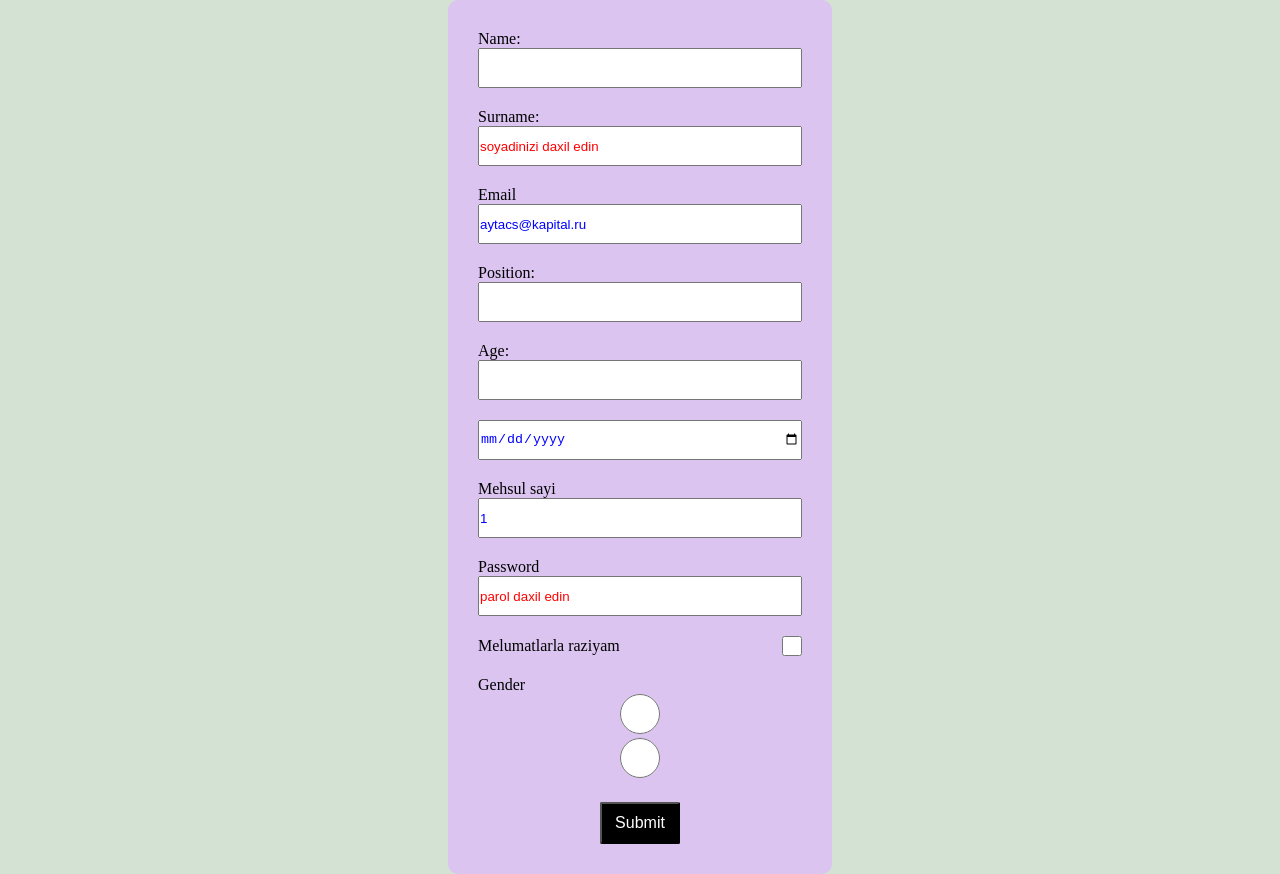
Repository: AytacSafarova/Form-lesson
Page: index.html
An editor plug-in stored every save of this project. The page is shown before and after a run of saves, followed by the edit.
The browser window is 1280 px wide. The pictures show the whole page.

Above is the page before, as saved 2023-08-29 14:54:55.

After the next 2 saves:
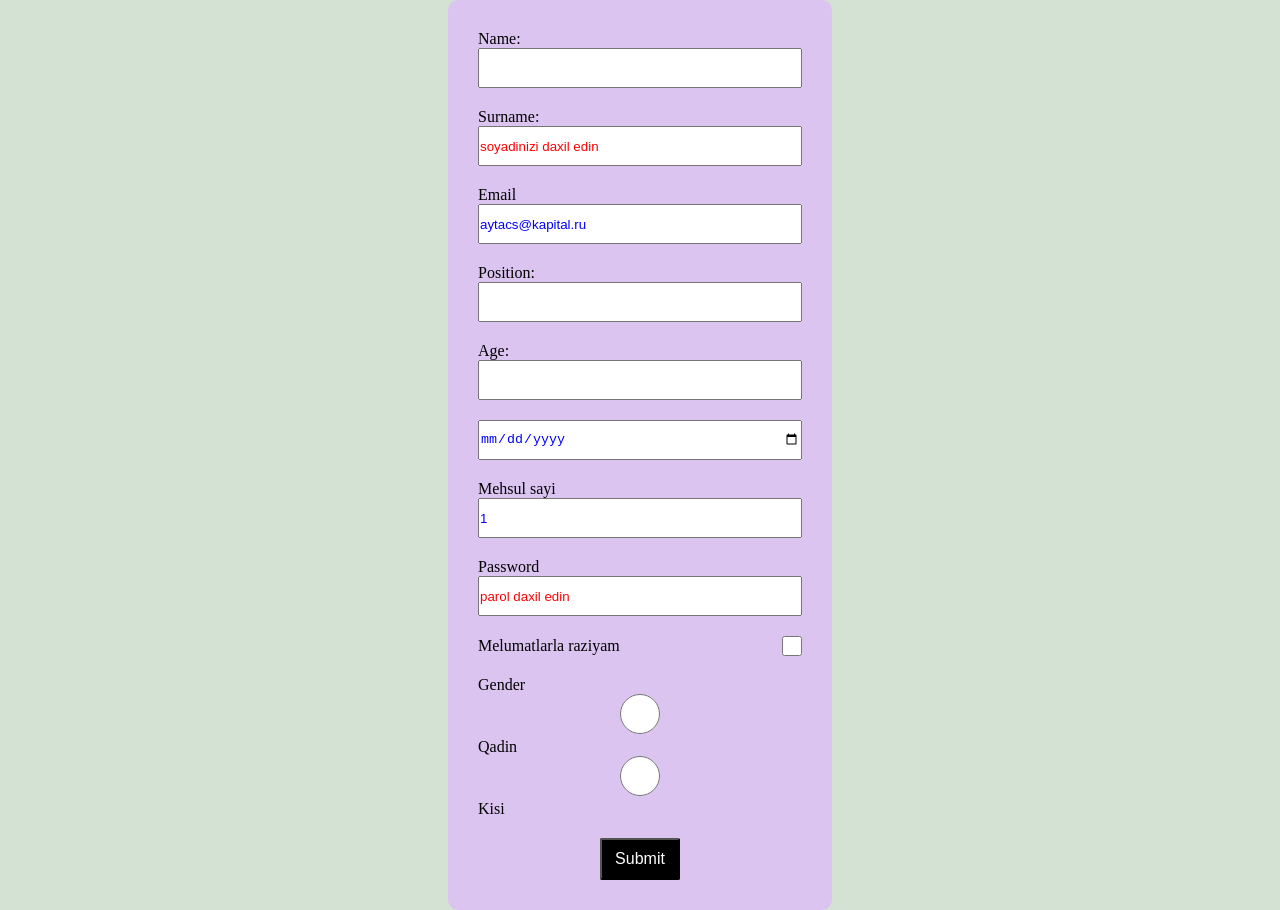
The 2 saves are shown as one change because they came seconds apart.
The last was saved 6 s later.
--- a/index.html
+++ b/index.html
@@ -55,8 +55,8 @@
         </label>
         <label for="">Gender
 
-            <input name="gender" type="radio">
-            <input name="gender" type="radio">
+            <input name="gender" type="radio">Qadin
+            <input name="gender" type="radio">Kisi
         </label>
         <button type="submit">Submit</button>
       </form>
